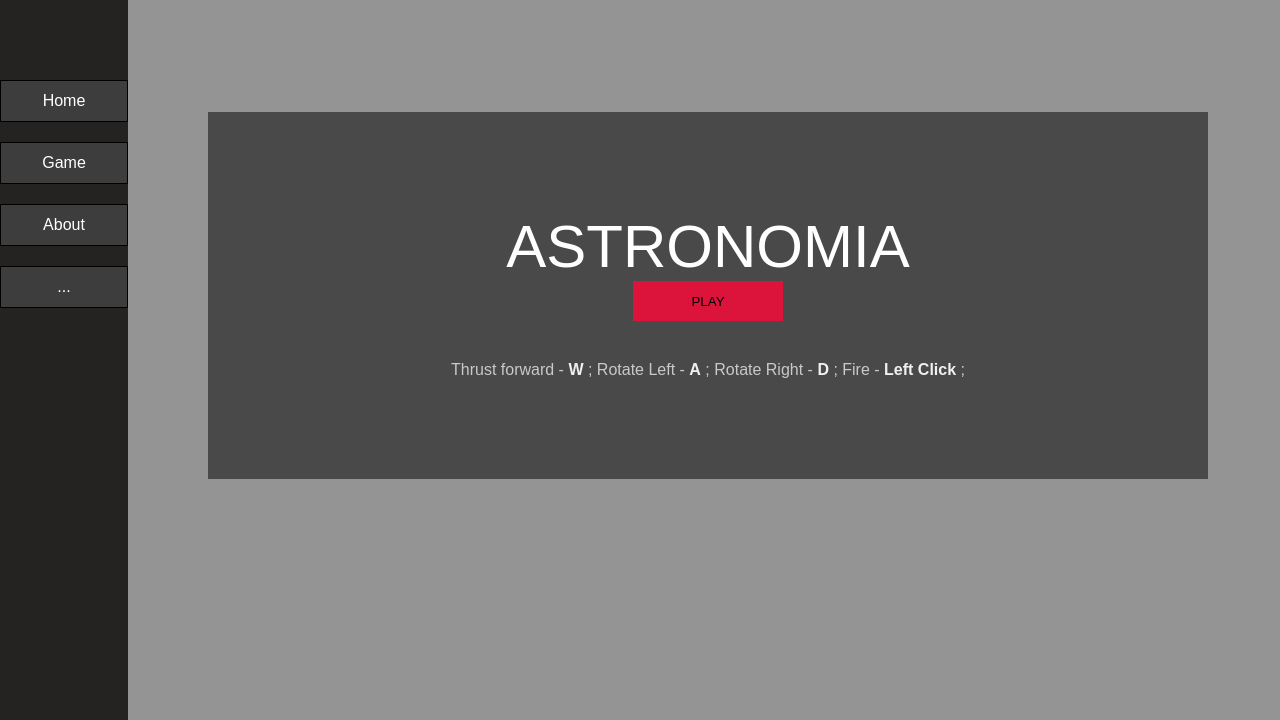
Repository: LaukiniXs/astronomia
Page: game.html
These files come from the project's save history. The page is drawn as it stood at one moment and after the next save; the edit follows.
The browser window is 1280 px wide. The pictures show the whole page.

Above is the page before, as saved 2020-05-18 14:43:57.
Not found: index.ts

After the next save:
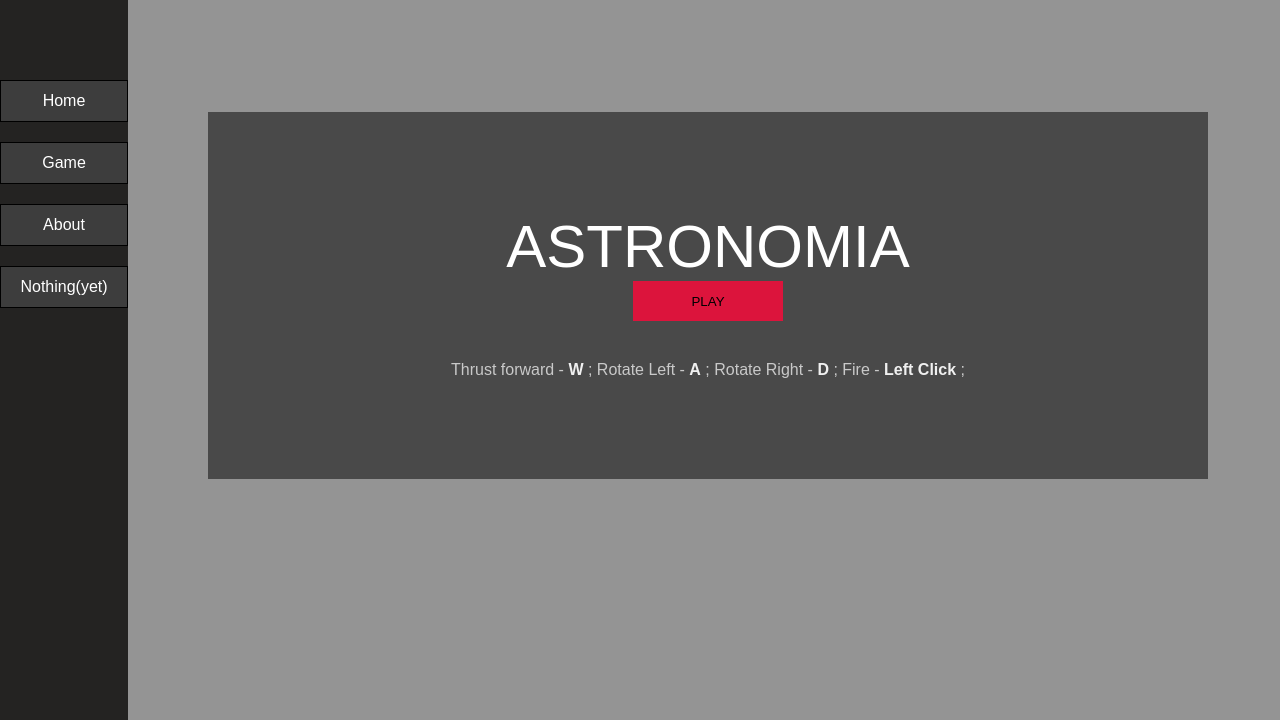
Saved 4 min 31 s later.
--- a/game.html
+++ b/game.html
@@ -10,7 +10,7 @@
 		<a href="./index.html"><button class="button" style="height:42px; margin-top: 80px;">Home</button></a>
 		<a href=""><button class="button" style="height:42px;">Game</button></a>
 		<a href="./about.html"><button class="button" style="height:42px;">About</button></a>
-		<a href=""><button class="button" style="height:42px;">...</button></a>
+		<a href=""><button class="button" style="height:42px;">Nothing(yet)</button></a>
 		</div>
 		<div id="clearFloat"></div>
 		<div id="gamediv">
